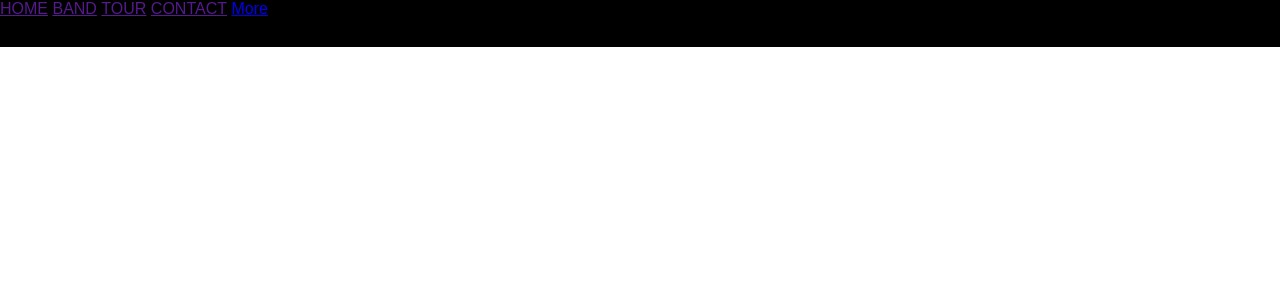
Repository: thanhsonnguyen-gif/f8-learn
Page: index.html
These files come from the project's save history. The page is drawn as it stood at one moment and after the next save; the edit follows.
The browser window is 1280 px wide. The pictures show the whole page.

Above is the page before, as saved 2022-06-23 09:47:25.

### index.html
<!DOCTYPE html>
<html lang="en">
<head>
    <meta charset="UTF-8">
    <meta http-equiv="X-UA-Compatible" content="IE=edge">
    <meta name="viewport" content="width=device-width, initial-scale=1.0">
    <title>Document</title>
    <link rel="stylesheet" href="./assets/css/style.css">
</head>
<body>
    <div id="main">
        <div id="header">
            <ul id="nav">
                <li><a href="">HOME</a></li>
                <li><a href="">BAND</a></li>
                <li><a href="">TOUR</a></li>
                <li><a href="">CONTACT</a></li>
                <li>
                    <a href="#">More</a>
                    <ul class="subnav">
                        <li><a href="">Merchandise</a></li>
                        <li><a href="">Extras</a></li>
                        <li><a href="">Media</a></li>
                    </ul>
                </li>
            </ul>
        </div>
        <div id="slide">

        </div>
        <div id="content">

        </div>
        <div id="footer">

        </div>
    </div>
</body>
</html>

### assets/css/style.css
*{
    padding: 0;
    margin: 0;
    box-sizing: border-box;
}

#main {

}

html{
    font-family: Arial, Helvetica, sans-serif;
}

#header {
background-color: #000;
height: 46.5px;
text-decoration: none;
color: #fff;
}

#nav li {
    display: inline-block;
}



#nav .subnav {
    display: none;
}

#slide {

}

#content {

}

#footer {

}

After the next save:
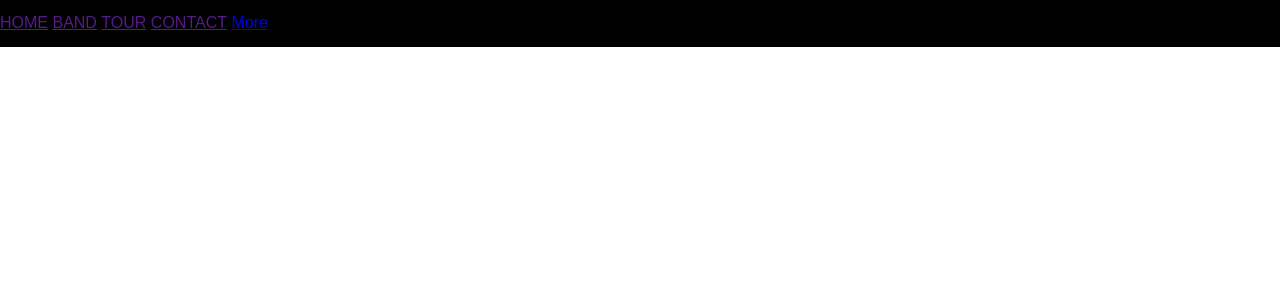
Saved 4 min 32 s later.
--- a/assets/css/style.css
+++ b/assets/css/style.css
@@ -23,7 +23,9 @@ color: #fff;
     display: inline-block;
 }
 
-
+#nav li a {
+    line-height: 46.5px;
+}
 
 #nav .subnav {
     display: none;
